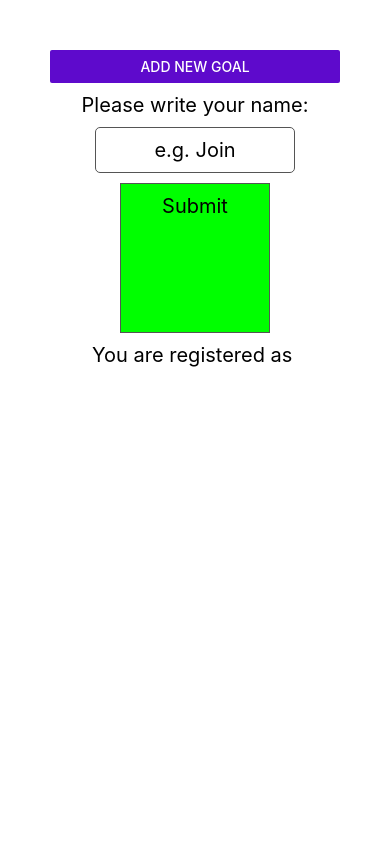
Repository: ntu34543/React-Native-Example1
Screen: /
An editor plug-in stored every save of this project. The screen is shown before and after the next save, followed by the edit.
The app was drawn by React Native's web renderer in a window 390 px wide. The project was rebuilt for these pictures with package versions that can differ from the ones it lists, and the page was loaded fresh each time. Also part of the build but not shown: components/Goalltem.js.

Above is the screen before, as saved 2022-09-12 16:09:35.

### App.js
import { useState } from "react";
import {
  StyleSheet,
  View,
  FlatList,
  Button,
  Text,
  Linking,
  TextInput,
  TouchableOpacity
} from "react-native";
import { StatusBar } from "expo-status-bar";

import GoalItem from "./components/Goalltem";
import GoalInput from "./components/Goallnput";

export default function App() {
  const [modalIsVisible, setModalIsVisible] = useState(false);
  const [courseGoals, setCourseGoals] = useState([]);
  const [name, setName] = useState("");
  const [submitted, setSubmitted] = useState(false);
  // console.log(courseGoals);
  const onPressHandler = () => {
    setSubmitted(!submitted);
  };

  function startAddGoalHandler() {
    setModalIsVisible(true);
  }

  function endAddGoalHandler() {
    setModalIsVisible(false);
  }

  function addTextInput(enteredGoalText) {
    setCourseGoals((currentCourseGoals) => [
      ...currentCourseGoals,
      { text: enteredGoalText, id: Math.random().toString() },
    ]);
    endAddGoalHandler();
  }

  function deleteGoalHandler(id) {
    setCourseGoals((currentCourseGoals) => {
      return currentCourseGoals.filter((goal) => goal.id !== id);
    });
  }

  return (
    <>
      <StatusBar style="auto" />
      <View style={styles.container}>
        <Button
          title="Add new Goal"
          color="#5e0acc"
          onPress={startAddGoalHandler}
        />
        <View style={styles.body}>
          <Text style={styles.text}>Please write your name:</Text>
          <TextInput
            style={styles.input}
            placeholder="e.g. Join"
            onChangeText={(value) => setName(value)}
            // maxLength={2}
            // editable={false}
            // secureTextEntry
          />
          {/* <Button
            title={submitted? "Clear" : "Submit"}
            // disabled={submitted}
            color="#5e0acc"
            onPress={onPressHandler}
            onPress={() => {
              Linking.openURL(
                "https://ca.slack-edge.com/T324R7VB6-U03RS7EKJHG-323b9d1b6216-512"
              );
            }}
          /> */}
          <TouchableOpacity style={styles.button} onPress={onPressHandler}>
            <Text style={styles.text}>{submitted? "Clear" : "Submit"}</Text>
          </TouchableOpacity>
          {/* {submitted ? <Text>You are registered as {name}</Text> : null} */}
          <Text style={styles.text}>You are registered as {name}</Text>
        </View>
        <GoalInput
          visible={modalIsVisible}
          onAddGoal={addTextInput}
          onCancer={endAddGoalHandler}
        />
        <View style={styles.goalsContainer}>
          <FlatList
            data={courseGoals}
            style={styles.goalsContainer}
            renderItem={(itemData) => {
              return (
                <GoalItem
                  text={itemData.item.text}
                  id={itemData.item.id}
                  onDeleteItem={deleteGoalHandler}
                />
              );
            }}
            keyExtractor={(item, index) => {
              return index.id;
            }}
            alwaysBounceVertical={false}
          />
        </View>
      </View>
    </>
  );
}

const styles = StyleSheet.create({
  container: {
    padding: 50,
  },
  body: {
    alignItems: 'center',
  },
  goalsContainer: {
    // flex: 4,
  },
  text: {
    textAlign: "center",
    margin: 10,
    fontSize: 20,
  },
  input: {
    borderWidth: 1,
    borderColor: "#555",
    borderRadius: 5,
    width: 200,
    padding: 10,
    marginBottom: 10,
    textAlign: "center",
    fontSize: 20,
  },
  button: {
    borderWidth: 1,
    borderColor: "#555",
    backgroundColor: "#00ff00",
    width: 150,
    height: 150,
  }
});

### components/Goallnput.js
import { useState } from "react";
import { StyleSheet, View, TextInput, Button, Modal, Image } from "react-native";
function GoalInput(props) {
  const [enteredGoalText, setEnteredGoalText] = useState("");

  function textInput(enteredText) {
    setEnteredGoalText(enteredText);
    // console.log(enteredText);
  }

  function addGoalHandler() {
    props.onAddGoal(enteredGoalText);
    setEnteredGoalText("");
  }

  return (
    <Modal visible={props.visible} animationType="slide">
      <View style={styles.inputContainer}>
          <Image style={styles.image} source={require('../assets/favicon.png')} />
        <TextInput
          style={styles.textInput}
          placeholder="Email............"
          onChangeText={textInput}
          value={enteredGoalText}
        />
        <View style={styles.buttonContainer}>
          <View style={styles.button}>
            <Button title="Click!" onPress={addGoalHandler} />
          </View>
          <View style={styles.button}>
            <Button title="Cancer!" onPress={props.onCancer}/>
          </View>
        </View>
      </View>
    </Modal>
  );
}

export default GoalInput;

const styles = StyleSheet.create({
  inputContainer: {
    flex: 1,
    justifyContent: "center",
    alignItems: "center",
    paddingBottom: 24,
    padding: 16,
    borderBottomWidth: 1,
    borderBottomColor: "gray",
    backgroundColor: 'pink'
  },
  image: {
      width: 100,
      height: 100,
      margin: 20,
  },
  textInput: {
    borderWidth: 1,
    borderColor: "#cccccc",
    width: "100%",
    padding: 8,
  },
  buttonContainer: {
      marginTop: 16,
    flexDirection: "row",
  },
  button: {
      width: '30%',
      marginHorizontal: 8,
  }
});

After the next save:
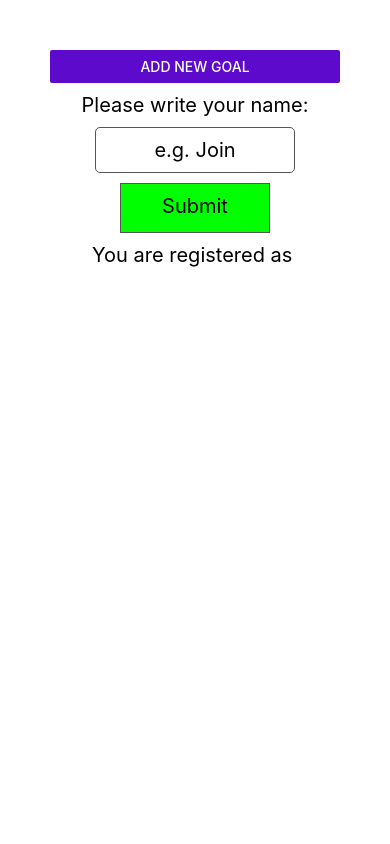
Saved 4 s later.
--- a/App.js
+++ b/App.js
@@ -141,6 +141,6 @@ const styles = StyleSheet.create({
     borderColor: "#555",
     backgroundColor: "#00ff00",
     width: 150,
-    height: 150,
+    height: 50,
   }
 });
